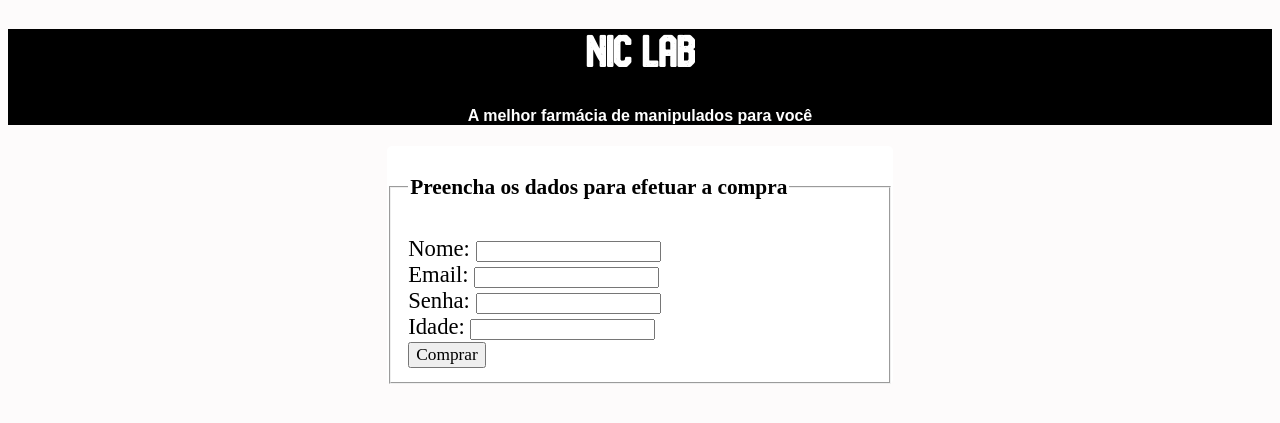
Repository: Leonngc/Lab
Page: comprar.html
An editor plug-in stored every save of this project. The page is shown before and after a run of saves, followed by the edit.
The browser window is 1280 px wide. The pictures show the whole page.

Above is the page before, as saved 2022-12-30 12:21:07.

After the next 2 saves:
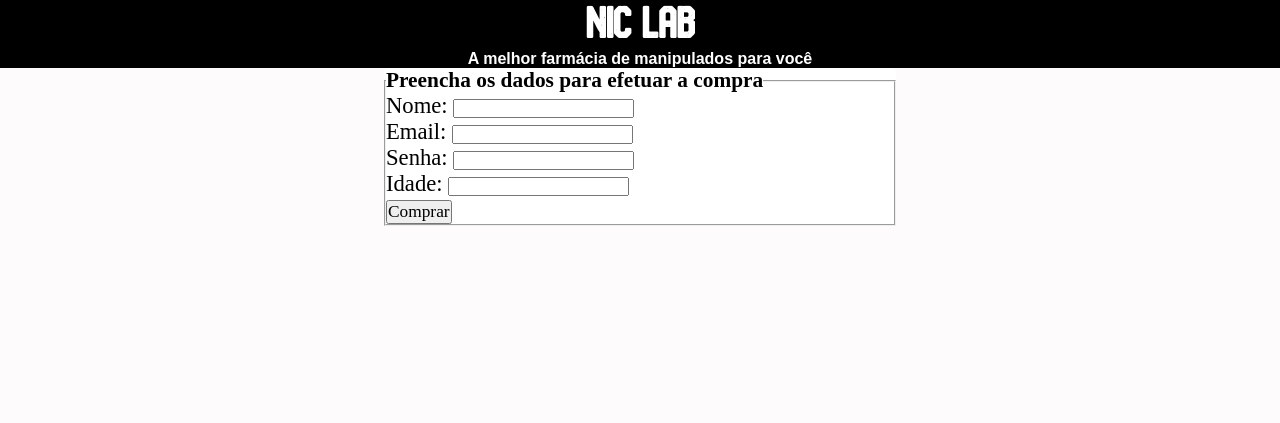
The 2 saves are shown as one change because they came seconds apart.
The last was saved 10 s later.
--- a/styles/pag-compra.css
+++ b/styles/pag-compra.css
@@ -4,7 +4,9 @@
 }
 
 *{
-    margin: ;
+    margin: 0;
+    padding: 0;
+    box-sizing: border-box;
 }
 
 header#tit{
